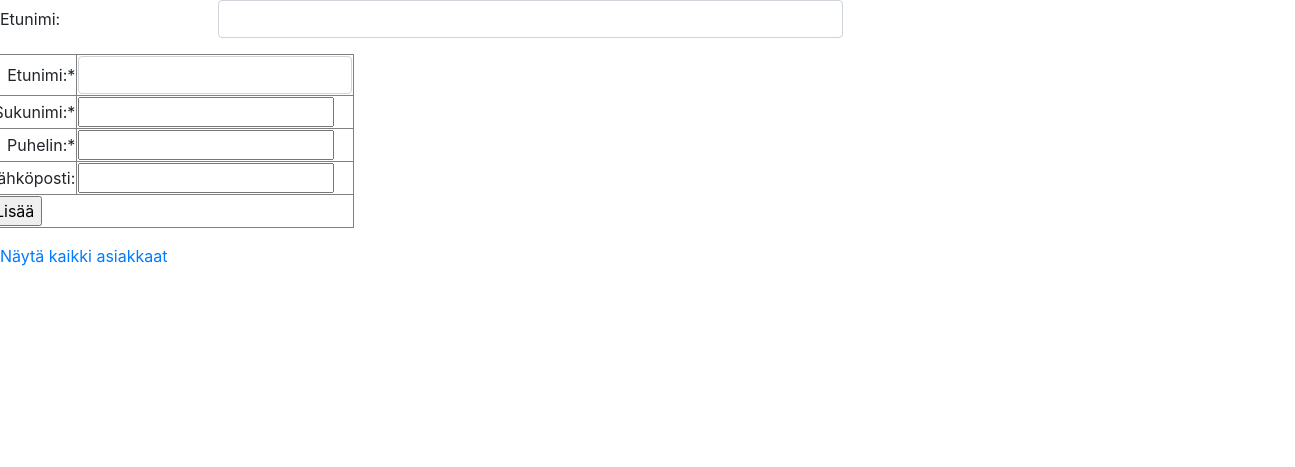
Repository: sarastu5/javaohjelmointi
Page: http://localhost/AsiakkaatWeb/lisaaasiakas.jsp
These files come from the project's save history. The page is drawn as it stood at one moment and after the next save; the edit follows.
The browser window is 1280 px wide. The page is 1295 px wide, so the pictures cover 1295 px, including what lies to the right of the window. The pictures show the whole page.
Some web libraries are served in a nearby version. The page is served by Tomcat 9. The session is filled in as if someone had signed in: {"kayttaja": 1}.

Above is the page before, as saved 2018-05-04 18:38:17.

After the next save:
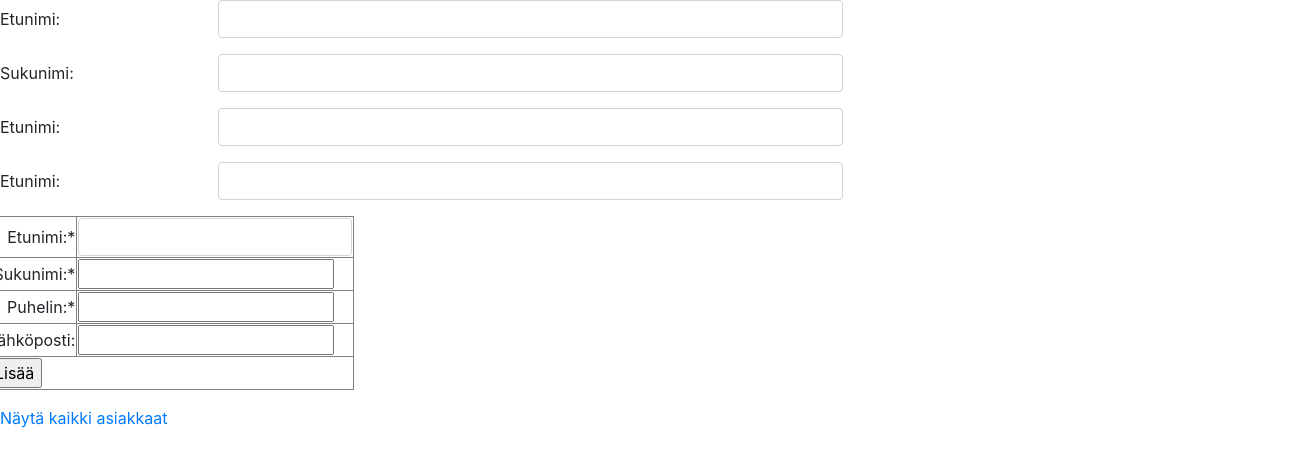
Saved 39 s later.
--- a/Java EE/AsiakkaatWeb/WebContent/lisaaasiakas.jsp
+++ b/Java EE/AsiakkaatWeb/WebContent/lisaaasiakas.jsp
@@ -15,6 +15,24 @@
 
 	<form>
 		<div class="form-group row">
+	   		<label for="etunimi" class="col-sm-2 col-form-label">Etunimi:</label>
+	    	<div class="col-sm-6">
+	      		<input type="text" class="form-control" name="etunimi" id="etunimi">
+	    	</div>
+  		</div>
+  		<div class="form-group row">
+	   		<label for="sukunimi" class="col-sm-2 col-form-label">Sukunimi:</label>
+	    	<div class="col-sm-6">
+	      		<input type="text" class="form-control" name="sukunimi" id="sukunimi">
+	    	</div>
+  		</div>
+  		<div class="form-group row">
+	   		<label for="etunimi" class="col-sm-2 col-form-label">Etunimi:</label>
+	    	<div class="col-sm-6">
+	      		<input type="text" class="form-control" name="etunimi" id="etunimi">
+	    	</div>
+  		</div>
+  		<div class="form-group row">
 	   		<label for="etunimi" class="col-sm-2 col-form-label">Etunimi:</label>
 	    	<div class="col-sm-6">
 	      		<input type="text" class="form-control" name="etunimi" id="etunimi">
